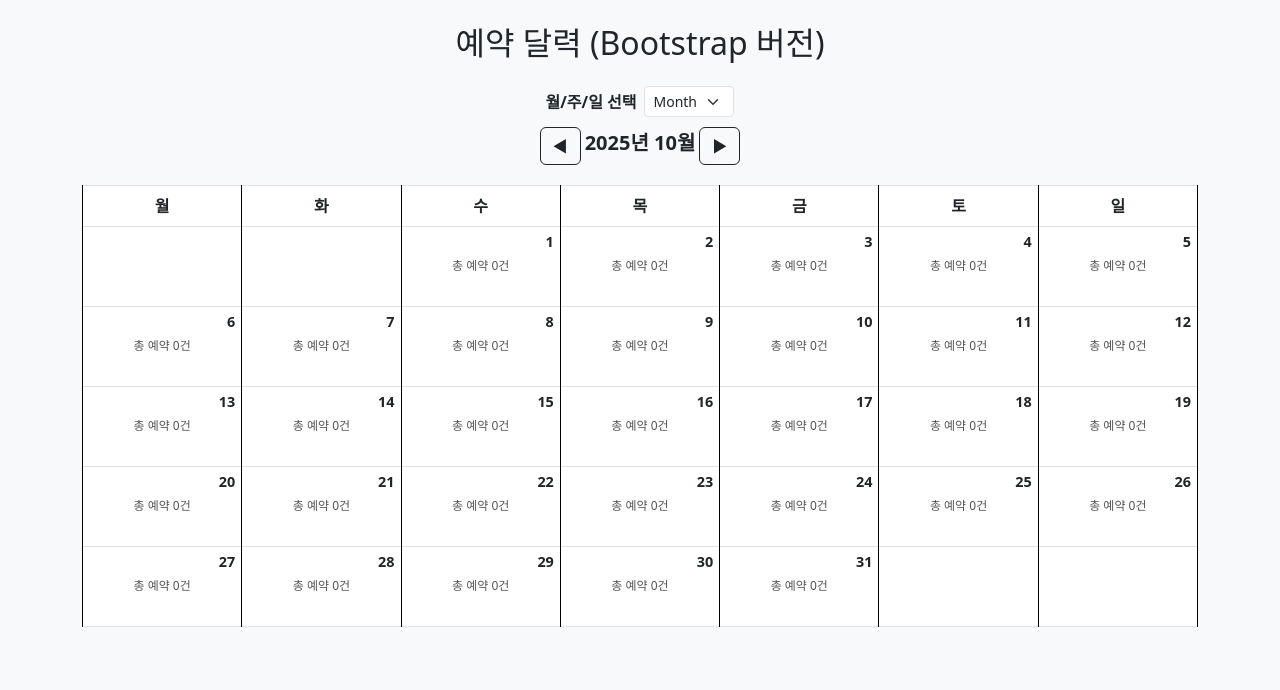
Repository: j-pyohub/LIBRARY_PROJECT
Page: CRM_Project/WebContent/doctorReserveList.html
An editor plug-in stored every save of this project. The page is shown before and after the next save, followed by the edit.
The browser window is 1280 px wide. The pictures show the whole page.

Above is the page before, as saved 2025-10-11 08:52:22.

### CRM_Project/WebContent/doctorReserveList.html
<!doctype html>
<html lang="ko">
<head>
  <meta charset="utf-8">
  <title>예약 달력 (Bootstrap 적용)</title>

  <!-- ✅ Bootstrap 5.3.0 -->
  <link
    href="https://cdn.jsdelivr.net/npm/bootstrap@5.3.0/dist/css/bootstrap.min.css"
    rel="stylesheet">

  <style>
    /* ✅ 테이블 전체 선 검정색 */
    table, th, td {
      border: 1px solid black;
      border-collapse: collapse;
    }

    /* ⚠️ Bootstrap의 table 클래스가 기본 스타일을 덮기 때문에 일부 주석 처리 */
    /*
    th, td {
      text-align: center;
      vertical-align: middle;
      padding: 8px;
    }
    */

    #container {
      margin-top: 20px;
    }

    .calendar-controls {
      display: flex;
      flex-direction: column; /* 위아래 배치 */
      align-items: center;
      gap: 10px;
      margin-bottom: 15px;
    }

    /* ✅ 날짜를 오른쪽 상단으로 정렬 */
    .month-view td {
      position: relative;
      height: 80px;
      vertical-align: top !important;
    }
    .month-view td strong {
      position: absolute;
      top: 4px;
      right: 6px;
      font-size: 0.9rem;
    }
    .month-view td small {
      display: block;
      margin-top: 22px;
      font-size: 0.75rem;
      color: #555;
    }

    /* ✅ 주간 / 일간 달력의 표 높이 축소 */
    .week-view td,
    .day-view td {
      height: 36px;
      padding: 4px 6px !important;
      font-size: 0.85rem;
      vertical-align: middle !important;
    }
  </style>
</head>

<body class="bg-light">
  <div class="container py-4">
    <h2 class="text-center mb-4">예약 달력 (Bootstrap 버전)</h2>

    <div class="calendar-controls">
      <!-- ✅ 드롭다운 -->
      <div class="d-inline-flex align-items-center">
        <label for="viewSelect" class="me-2 mb-0 fw-bold">월/주/일 선택</label>
        <select id="viewSelect" class="form-select form-select-sm w-auto">
          <option value="month" selected>Month</option>
          <option value="week">Week</option>
          <option value="day">Day</option>
        </select>
      </div>

      <!-- ✅ 이전/다음 버튼 -->
      <div>
        <button id="prev" class="btn btn-outline-dark">◀</button>
        <span id="ym" class="fw-bold fs-5">—</span>
        <button id="next" class="btn btn-outline-dark">▶</button>
      </div>
    </div>

    <div id="container"></div>
  </div>

  <script>
  /* 예약 데이터 (예시) */
  const reservationEvents = {
    "2025-09-16": [
      { start: "09:00", end: "09:30", title: "고은님" },
      { start: "14:00", end: "14:30", title: "이수현" }
    ],
    "2025-09-15": [
      { start: "10:00", end: "11:00", title: "심박 검사" }
    ]
  };

  /* 전역 상태 */
  let viewMode = 'month';
  let viewDate = new Date();
  viewDate.setDate(1);

  function fmt(date) {
    const y = date.getFullYear();
    const m = String(date.getMonth()+1).padStart(2,'0');
    const d = String(date.getDate()).padStart(2,'0');
    return `${y}-${m}-${d}`;
  }
  function startOfWeekMonday(d) {
    const dt = new Date(d);
    const day = dt.getDay();
    const diff = (day === 0 ? -6 : 1 - day);
    dt.setDate(dt.getDate() + diff);
    dt.setHours(0,0,0,0);
    return dt;
  }
  function addDays(d, n) {
    const dt = new Date(d);
    dt.setDate(dt.getDate() + n);
    return dt;
  }

  const container = document.getElementById('container');
  const ymSpan = document.getElementById('ym');

  function render() {
    if (viewMode === 'month') renderMonth();
    else if (viewMode === 'week') renderWeek();
    else renderDay();
  }

  /* ✅ Month View (월요일 시작, 날짜 오른쪽 상단) */
  function renderMonth() {
    const year = viewDate.getFullYear();
    const month = viewDate.getMonth();
    ymSpan.textContent = `${year}년 ${month + 1}월`;

    let firstDay = new Date(year, month, 1).getDay(); // 0=일요일
    if (firstDay === 0) firstDay = 7; // 일요일을 7로
    const daysInMonth = new Date(year, month + 1, 0).getDate();

    const days = ['월', '화', '수', '목', '금', '토', '일'];

    let html = '<table class="table table-bordered text-center align-middle month-view"><thead><tr>';
    for (const d of days) html += `<th>${d}</th>`;
    html += '</tr></thead><tbody>';

    let day = 1;
    let started = false;

    for (let r = 0; r < 6 && day <= daysInMonth; r++) {
      html += '<tr>';
      for (let c = 1; c <= 7; c++) {
        if (!started && c < firstDay) {
          html += '<td></td>';
        } else if (day > daysInMonth) {
          html += '<td></td>';
        } else {
          const dateKey = `${year}-${String(month + 1).padStart(2, '0')}-${String(day).padStart(2, '0')}`;
          const count = (reservationEvents[dateKey] || []).length;
          html += `<td><strong>${day}</strong><small>총 예약 ${count}건</small></td>`;
          day++;
          started = true;
        }
      }
      html += '</tr>';
    }

    html += '</tbody></table>';
    container.innerHTML = html;
  }

  /* ✅ Week View (예약 목록 표시로 변경) */
  function renderWeek() {
    const monday = startOfWeekMonday(viewDate);
    const weekDays = [];
    for (let i = 0; i < 7; i++) weekDays.push(addDays(monday, i));
    ymSpan.textContent = `${fmt(weekDays[0])} ~ ${fmt(weekDays[6])}`;

    const hours = [];
    for (let h = 7; h <= 19; h++) hours.push(h);

    let html = '<table class="table table-bordered text-center align-middle week-view"><thead><tr><th>시간</th>';
    for (let d of weekDays) {
      const dayLabel = d.toLocaleDateString('ko-KR', { weekday: 'short' });
      html += `<th>${dayLabel} (${d.getMonth() + 1}/${d.getDate()})</th>`;
    }
    html += '</tr></thead><tbody>';

    for (let h of hours) {
      html += '<tr>';
      html += `<td>${h}:00</td>`;
      for (let d of weekDays) {
        const key = fmt(d);
        const evs = (reservationEvents[key] || []).filter(e =>
          e.start.startsWith(String(h).padStart(2, '0'))
        );
        // ✅ 예약 목록 표시 (일간처럼)
        if (evs.length > 0) {
          html += `<td class="text-start">${evs.map(e => `<div>${e.start} - ${e.end} ${e.title}</div>`).join('')}</td>`;
        } else {
          html += `<td></td>`;
        }
      }
      html += '</tr>';
    }

    // ✅ 마지막 줄: 각 날짜별 총 예약 수
    html += '<tr>';
    html += `<td class="fw-bold bg-light">총 예약</td>`;
    for (let d of weekDays) {
      const key = fmt(d);
      const total = (reservationEvents[key] || []).length;
      html += `<td class="bg-light fw-bold">총 ${total}건</td>`;
    }
    html += '</tr>';

    html += '</tbody></table>';
    container.innerHTML = html;
  }

  /* ✅ Day View (그대로 유지) */
  function renderDay() {
    const key = fmt(viewDate);
    ymSpan.textContent = key;

    const hours = [];
    for (let h=7; h<=19; h++) hours.push(h);

    let html = '<table class="table table-bordered text-center align-middle day-view"><thead><tr><th>시간</th><th>예약</th></tr></thead><tbody>';
    for (let h of hours) {
      const evs = (reservationEvents[key]||[]).filter(e => e.start.startsWith(String(h).padStart(2,'0')));
      html += `<tr><td>${h}:00</td><td class="text-start">${evs.map(e=>`${e.start}-${e.end} ${e.title}`).join('<br>')}</td></tr>`;
    }
    html += '</tbody></table>';
    container.innerHTML = html;
  }

  /* ✅ 드롭다운 이벤트 */
  const viewSelect = document.getElementById('viewSelect');
  viewSelect.addEventListener('change', () => {
    viewMode = viewSelect.value;
    render();
  });

  /* ✅ 이전 / 다음 버튼 */
  document.getElementById('prev').onclick = ()=>{
    if (viewMode==='month') viewDate.setMonth(viewDate.getMonth()-1);
    else if (viewMode==='week') viewDate.setDate(viewDate.getDate()-7);
    else if (viewMode==='day') viewDate.setDate(viewDate.getDate()-1);
    render();
  };
  document.getElementById('next').onclick = ()=>{
    if (viewMode==='month') viewDate.setMonth(viewDate.getMonth()+1);
    else if (viewMode==='week') viewDate.setDate(viewDate.getDate()+7);
    else if (viewMode==='day') viewDate.setDate(viewDate.getDate()+1);
    render();
  };

  /* ✅ 최초 렌더 */
  render();
  </script>
</body>
</html>

After the next save:
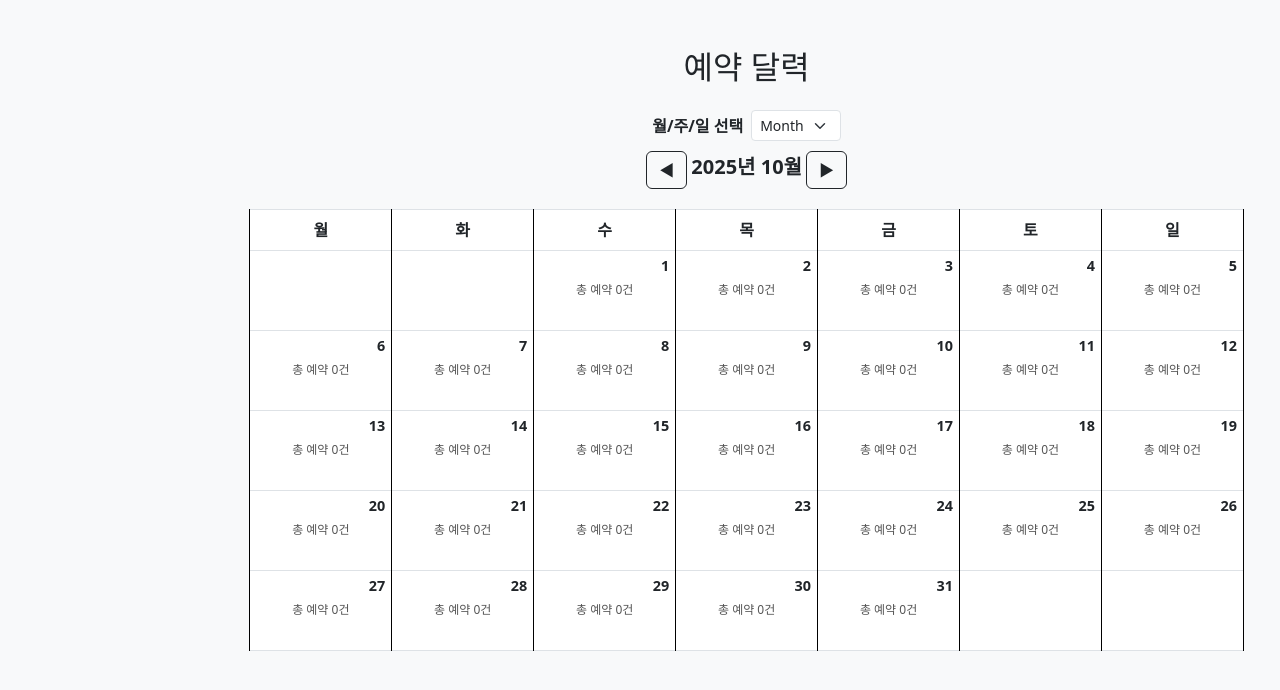
Saved 8 min 21 s later.
--- a/CRM_Project/WebContent/doctorReserveList.html
+++ b/CRM_Project/WebContent/doctorReserveList.html
@@ -16,14 +16,6 @@
       border-collapse: collapse;
     }
 
-    /* ⚠️ Bootstrap의 table 클래스가 기본 스타일을 덮기 때문에 일부 주석 처리 */
-    /*
-    th, td {
-      text-align: center;
-      vertical-align: middle;
-      padding: 8px;
-    }
-    */
 
     #container {
       margin-top: 20px;
@@ -67,9 +59,17 @@
   </style>
 </head>
 
-<body class="bg-light">
+<body class="bg-body-tertiary">
+<div class="container-fluid">
+  <div class="row">
+
+    <!-- 여기서 사이드바를 주입 -->
+    <div id="sidebar-slot" class="col-2 p-0"></div>
+
+    <!-- 메인 -->
+    <main class="col-10 p-4">
   <div class="container py-4">
-    <h2 class="text-center mb-4">예약 달력 (Bootstrap 버전)</h2>
+    <h2 class="text-center mb-4">예약 달력</h2>
 
     <div class="calendar-controls">
       <!-- ✅ 드롭다운 -->
